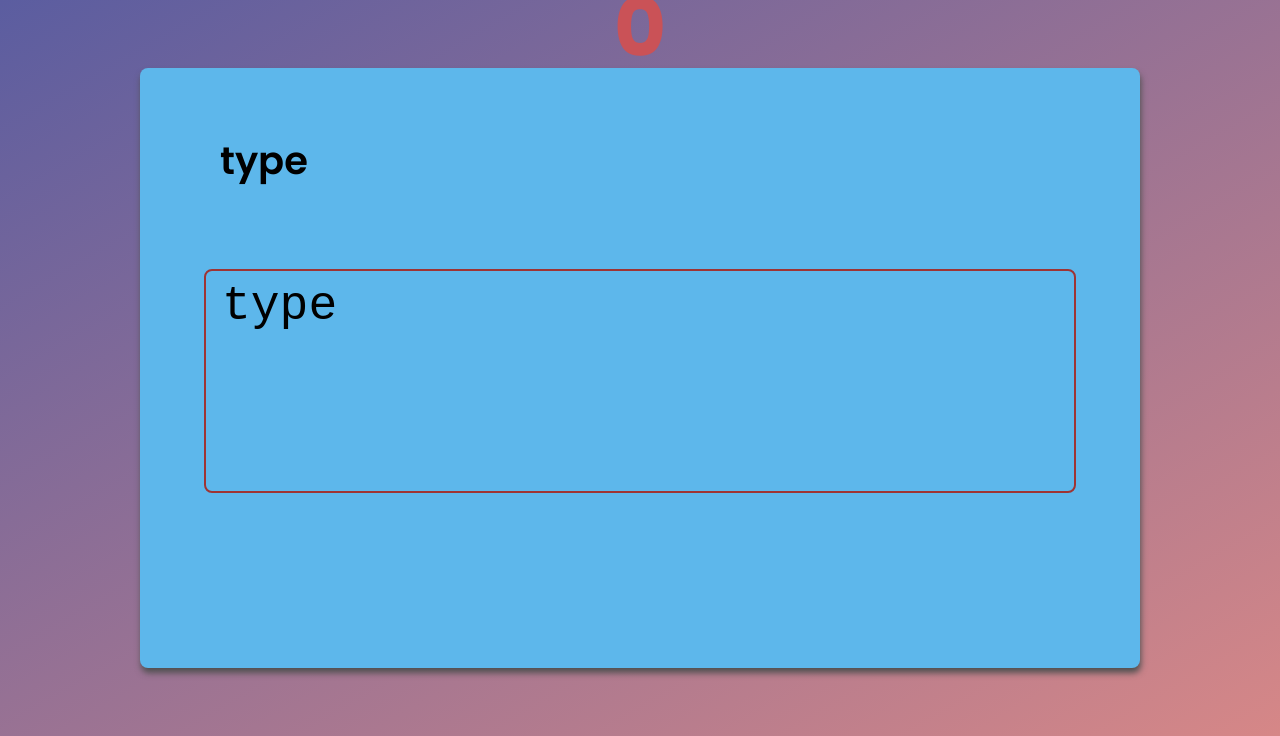
Repository: MitukiTakada/Typing-App
Page: index.html
The author's editor kept a copy of each file at every save. The page is drawn from the files as they stood at one save, then again after the next save.
The browser window is 1280 px wide. The pictures show the whole page.
Some web fonts or font styles are not loaded; a fallback is used.

Above is the page before, as saved 2022-06-30 16:49:33.

### index.html
<!DOCTYPE html>
<html lang="ja">
<head>
  <meta charset="UTF-8">
  <meta http-equiv="X-UA-Compatible" content="IE=edge">
  <meta name="viewport" content="width=device-width, initial-scale=1.0">
  <link rel="stylesheet" href="style.css">
  <title>susida clone</title>
</head>
<body>
  <div class="timer" id="timer">0</div>
  <div class="container">
    <div class="type-display" id="typeDisplay">type</div>
    <textarea class="type-input" id="typeInput">type</textarea>
  </div>
  <script src="./script.js"></script>
</body>
</html>

### style.css
@import url("https://fonts.googleapis.com/css2?family=Poppins:wght@300;400;500;600;700&family=Zen+Antique&display=swap");

* {
  box-sizing: border-box;
}

body {
  height: 100vh;
  display: flex;
  align-items: center;
  justify-content: center;
  overflow: hidden;
  background: linear-gradient(
    to left top,
    rgb(214, 135, 135),
    rgb(91,93, 160)
    );
  font-family: "Poppins", sans-serif;
}

.container {
  background-color: rgb(93, 183, 235);
  font-size: 2.4rem;
  font-weight: 600;
  padding: 4rem;
  border-radius: 0.5rem;
  width: 1000px;
  min-height: 600px;
  max-width: 90%;
  box-shadow: 1px 5px 6px rgb(80,80,80);
}

.container .type-input {
  margin-top: 4rem;
  font-size: 3rem;
}

.timer {
  position: absolute;
  top: -2rem;
  font-size: 5rem;
  font-weight: bold;
  color: rgb(202, 82, 87);
}

.type-display {
  margin-bottom: 1rem;
  margin-left: 1rem;
}

.type-input {
  background: transparent;
  border: 2px solid rgb(158, 52,52);
  outline: none;
  width: 100%;
  height: 14rem;
  margin: auto;
  resize: none;
  padding: 0.5rem 1rem;
  border-radius: 0.5rem;
  font-size: 1rem;
}

Loaded but not shown: script.js (no copy from this time; the picture is the same without it)

After the next save:
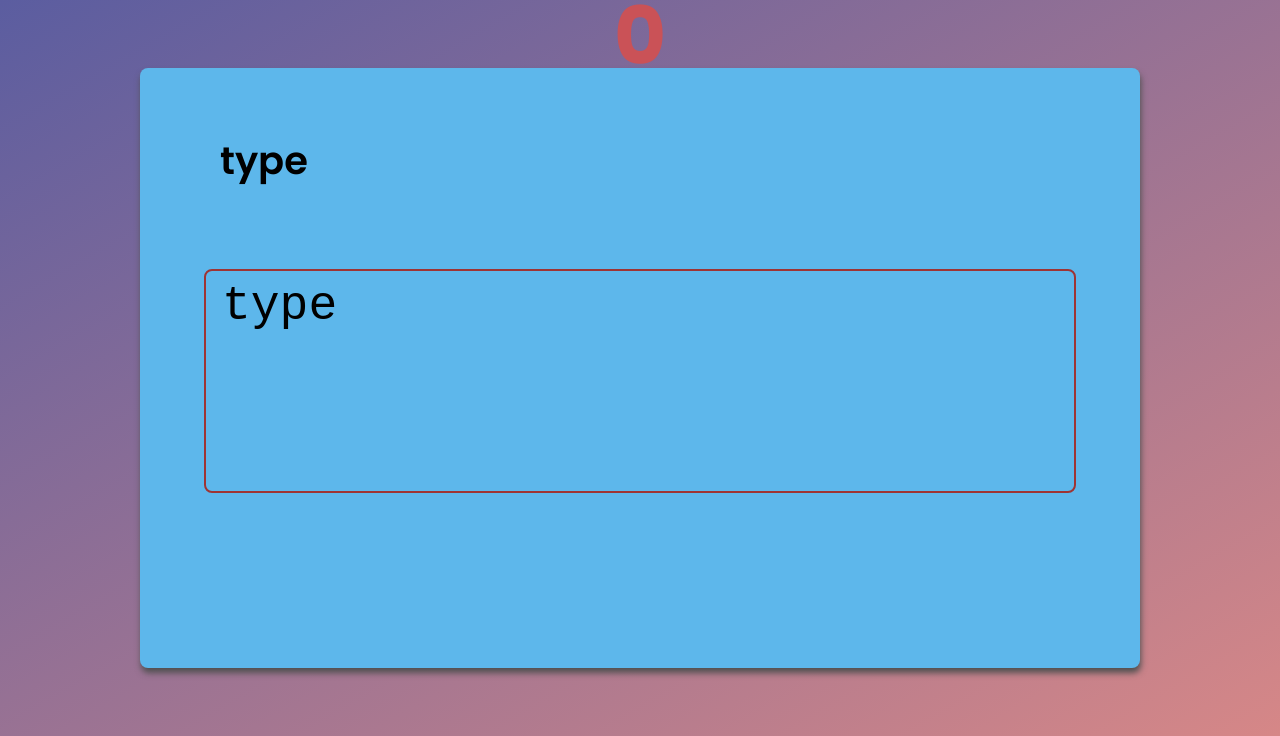
Saved 12 s later.
--- a/style.css
+++ b/style.css
@@ -37,7 +37,7 @@ body {
 
 .timer {
   position: absolute;
-  top: -2rem;
+  top: -1.5rem;
   font-size: 5rem;
   font-weight: bold;
   color: rgb(202, 82, 87);
